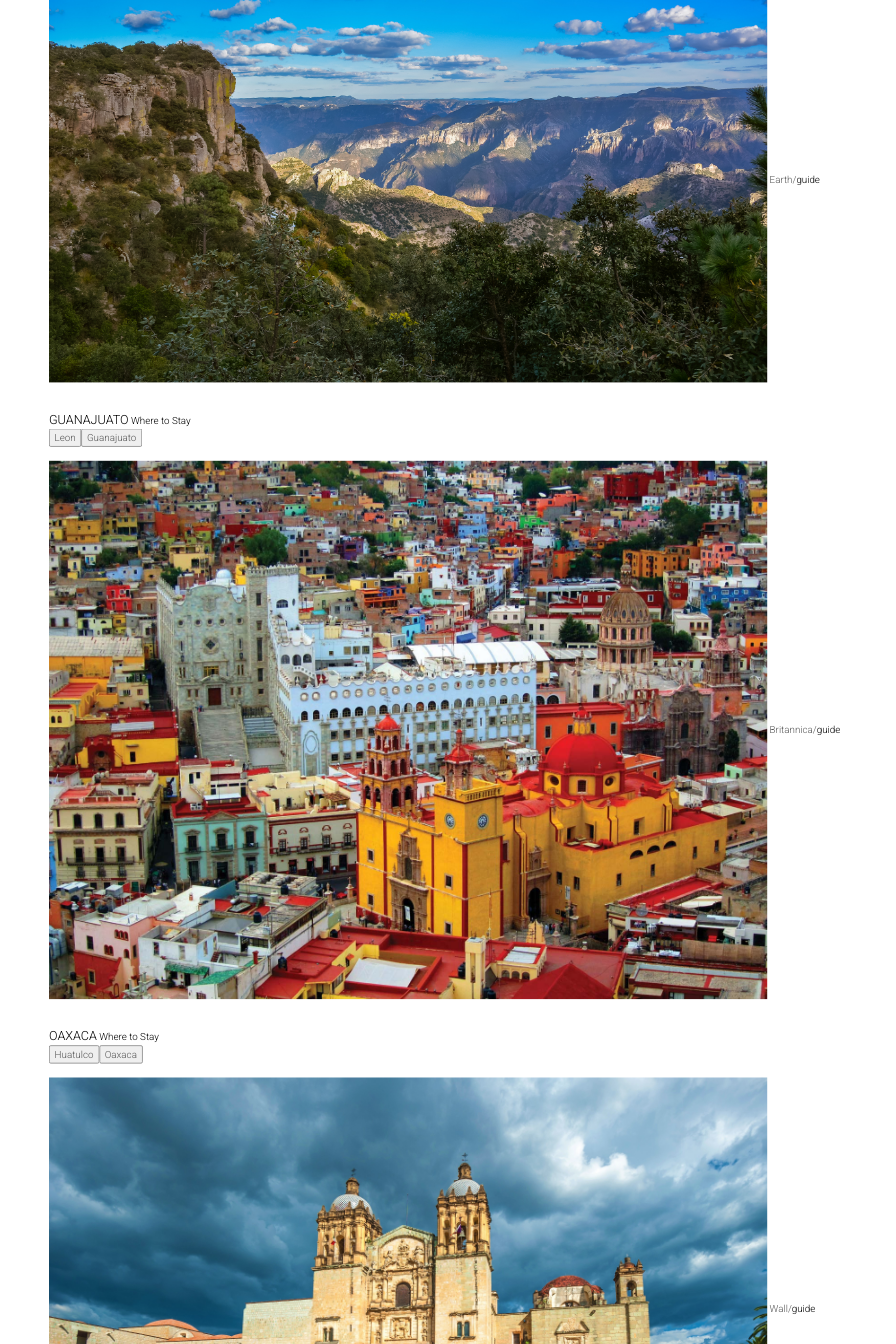
Repository: navegantemx/holiday-destination
Page: destinations.html
The author's editor kept a record of every edit. The page is drawn from the files as they stood at one moment, then again after the next edit.
The browser window is 1280 px wide. The pictures show the part of the page from y = 2576 to 4496 px (the page is 7971 px tall before and 7991 px after), at 70% of full size.
A picture or video elsewhere on the page could not be fetched, so the positions and the page height are approximate. Some web libraries are served in a nearby version.

Above is the page before.

### destinations.html
<!DOCTYPE html>
<html lang="en">
<head>
    <meta charset="UTF-8">
    <meta name="viewport" content="width=device-width, initial-scale=1.0">
    <meta http-equiv="X-UA-Compatible" content="ie=edge">
    <link rel="stylesheet" href="https://maxcdn.bootstrapcdn.com/bootstrap/3.3.7/css/bootstrap.min.css" type="text/css" />
    <link rel="stylesheet" href="https://maxcdn.bootstrapcdn.com/font-awesome/4.7.0/css/font-awesome.min.css" type="text/css" />
    <link rel="stylesheet" href="https://cdnjs.cloudflare.com/ajax/libs/hover.css/2.1.1/css/hover-min.css" type="text/css" />
    <link rel="stylesheet" href="assets/css/style.css" type="text/css" />
    <script src="https://code.jquery.com/jquery-1.11.3.min.js"></script>
    <title>Holiday Destination - Mexico</title>
</head>
<body>
    <header class="container">
        <div class="row">
            <a href="index.html">
                <div class="col-md-4 logo"></div>
            </a>
            <div class="col-md-8">
                <div class="row">
                    <ul id="nav" class="list-inline clearfix">
                        <li class="col-xs-6 col-sm-3 ui-menu-color-home menuitem">
                            <a href="index.html" class="hvr-sweep-to-bottom"><i class="fa fa-home" aria-hidden="true"></i><span>Home</span></a>
                        </li>
                        <li class="col-xs-6 col-sm-3 ui-menu-color-destinations menuitem">
                            <a href="destinations.html" class="hvr-sweep-to-bottom"><i class="fa fa-plane" aria-hidden="true"></i><span>Destinations</span></a>
                        </li>
                        <li class="col-xs-6 col-sm-3 ui-menu-color-charts menuitem">
                            <a href="charts.html" class="hvr-sweep-to-bottom"><i class="fa fa-pie-chart" aria-hidden="true"></i><span>Charts Statistics</span></a>
                        </li>
                        <li class="col-xs-6 col-sm-3 ui-menu-color-contact menuitem">
                            <a href="contact.html" class="hvr-sweep-to-bottom"><i class="fa fa-commenting-o" aria-hidden="true"></i><span>Contact</span></a>
                        </li>
                    </ul>
                </div>
            </div>
        </div>
    </header>
    <br>
    <section class="container">
        <div class="row">
            <div class="col-md-12">
                <h3 class="section-heading uppercase">10 Best Places to Visit in Mexico</h3>
            </div>
        </div>
    </section>
    <br>

        <!------Design idea taken from https://www.touropia.com/best-places-to-visit-in-mexico/ ------------>

    <section class="container">
        <a href="https://en.wikipedia.org/wiki/Puebla_(city)" target="_blank" class="fancybox iframe">PUEBLA</a>
        <a href="//www.touropia.com/checkin?city=Puebla,Mexico" target="_blank" class="fancybox">Where to Stay</a><br>
        <button id="pueblaButton">Cholula</button><span><button id="cholulaButton">Puebla</button></span><br><br>
        <div class="image_640">
            <!--url("../images/mexico.jpg")-->
            <img id="pueblaImage" src= assets/images/puebla_puebla_01.jpg width="90%"><br>
            <span class="photo-credit">By<a href="https://www.kayak.com/Puebla-City.17433.guide" target="_blank">Kayak</a></span>
        </div>
        <br><br>

        <a href="https://en.wikipedia.org/wiki/M%C3%A9rida,_Yucat%C3%A1n" target="_blank" class="fancybox iframe">MERIDA</a>
        <a href="//www.touropia.com/checkin?city=Merida,Mexico" target="_blank" class="fancybox">Where to Stay</a><br>
        <button id="meridaButton">Progreso</button><span><button id="progresoButton">Merida</button></span><br><br>
        <div class="image_640">
            <img id="meridaImage" src= assets/images/yucatan_merida_01.jpg width="90%"><br>
            <span class="photo-credit">CNN/<a href="https://www.cnn.com/travel/article/things-to-do-merida-mexico/index.html" target="_blank">guide</a></span>
        </div>
        <br><br>

        <a href="https://en.wikipedia.org/wiki/Taxco" target="_blank" class="fancybox iframe">TAXCO</a>
        <a href="//www.touropia.com/checkin?city=Taxco,Mexico" target="_blank" class="fancybox">Where to Stay</a><br>
        <button id="taxcoButton">Acapulco</button><span><button id="acapulcoButton">Taxco</button></span><br><br>
        <div class="image_640">
            <img id="taxcoImage" src= assets/images/gro_taxco_01.jpg width="90%"><br>
            <span class="photo-credit">Flickr/<a href="https://www.flickr.com/photos/david-bank/4172340439" target="_blank">guide</a></span>
        </div>
        <br><br>

        <a href="https://en.wikipedia.org/wiki/Copper_Canyon" target="_blank" class="fancybox iframe">COPPER CANYON</a>
        <a href="//www.touropia.com/checkin?city=Chihuahua,Mexico" target="_blank" class="fancybox">Where to Stay</a><br>
        <button id="coppercanyonButton">Chihuahua</button><span><button id="chihuahuaButton">Copper Canyon</button></span><br><br>
        <div class="image_640">
            <img id="coppercanyonImage" src= assets/images/chihuahua_coppercanyon_01.jpg width="90%">
            <span class="photo-credit">Earth/<a href="https://www.earth.com/news/raramuri-people-copper-canyon" target="_blank">guide</a></span>
        </div>
        <br><br>

        <a href="https://en.wikipedia.org/wiki/Guanajuato_City" target="_blank" class="fancybox iframe">GUANAJUATO</a>
        <a href="//www.touropia.com/checkin?city=Guanajuato,Mexico" target="_blank" class="fancybox">Where to Stay</a><br>
        <button id="guanajuatoButton">Leon</button><span><button id="leonButton">Guanajuato</button></span><br><br>
        <div class="image_640">
            <img id="guanajuatoImage" src= assets/images/guanajuato_gto_01.jpg width="90%">
            <span class="photo-credit">Britannica/<a href="https://www.britannica.com/place/Guanajuato-Mexico" target="_blank">guide</a></span>
        </div>
        <br><br>

        <a href="https://en.wikipedia.org/wiki/Oaxaca_City" target="_blank" class="fancybox iframe">OAXACA</a>
        <a href="//www.touropia.com/checkin?city=Oaxaca,Mexico" target="_blank" class="fancybox">Where to Stay</a><br>
        <button id="oaxacaButton">Huatulco</button><span><button id="huatulcoButton">Oaxaca</button></span><br><br>
        <div class="image_640">
            <img id="oaxacaImage" src= assets/images/oaxaca_oaxaca_01.jpg width="90%">
            <span class="photo-credit">Wall/<a href="https://wall.alphacoders.com/big.php?i=946712" target="_blank">guide</a></span>
        </div>
        <br><br>

        <a href="https://en.wikipedia.org/wiki/Mexico_City" target="_blank" class="fancybox iframe">MEXICO CITY</a>
        <a href="//www.touropia.com/checkin?city=Mexico City,Mexico" target="_blank" class="fancybox">Where to Stay</a><br>
        <button id="mxcityButton">Coyoacan</button><span><button id="coyoacanButton">Mexico City</button></span><br><br>
        <div class="image_640">
            <img id="mxcityImage" src= assets/images/mexico_mexico_01.jpg width="90%">
            <span class="photo-credit">Temblor/<a href="https://temblor.net/earthquake-insights/spasm-of-temblors-tests-earthquake-early-warning-for-mexico-city-and-beyond-6410/" target="_blank">guide</a></span>
        </div>
        <br><br>

        <a href="https://en.wikipedia.org/wiki/Teotihuacan" target="_blank" class="fancybox iframe">TEOTIHUACAN</a>
        <a href="//www.touropia.com/checkin?city=San Juan Teotihuacan,Mexico" target="_blank" class="fancybox">Where to Stay</a><br>
        <button id="teotihuacanButton">San Juan</button><span><button id="sanjuanButton">Teotihuacan</button></span><br><br>
        <div class="image_640">
            <img id="teotihuacanImage" src= assets/images/mexico_teotihuacan_01.jpg width="90%">
            <span class="photo-credit">Wikipedia/<a href="https://en.wikipedia.org/wiki/Teotihuac%C3%A1n_Municipality" target="_blank">guide</a></span>
        </div>
        <br><br>

        <a href="https://en.wikipedia.org/wiki/Canc%C3%BAn" target="_blank" class="fancybox iframe">CANCUN</a>
        <a href="//www.touropia.com/checkin?city=Cancun,Mexico" target="_blank" class="fancybox">Where to Stay</a><br>
        <button id="cancunButton">Cozumel</button><span><button id="cozumelButton">Cancun</button></span><br><br>
        <div class="image_640">
            <img id="cancunImage" src= assets/images/quintana_cancun_01.jpg width="90%">
            <span class="photo-credit">iStock</a></span>
        </div>
        <br><br>

        <a href="https://en.wikipedia.org/wiki/Chichen_Itza" target="_blank" class="fancybox iframe">CHICHEN ITZA</a>
        <a href="//www.touropia.com/checkin?city=Chichen Itza,Mexico" target="_blank" class="fancybox">Where to Stay</a><br>
        <button id="chichenButton">Chichen Itza 02</button><span><button id="itzaButton">Chichen Itza</button></span><br><br>
        <div class="image_640">
            <img id="chichenImage" src= assets/images/chichen_itza_01.jpg width="90%">
            <span class="photo-credit">Onthego/<a href="https://www.onthegotours.com/blog/2013/02/exploring-chichen-itza-mexico" target="_blank">guide</a></span>
        </div>
        <br><br>
    </section>
    <footer class="container">
        <div id="footer-details " class="row ">
            <div class="col-sm-4 ">
                <h5 class="uppercase general-sub ">About</h5>
                <ul>
                    <li><a href="https://www.touropia.com/about/">About Touropia</a></li>
                    <li><a href="https://www.touropia.com/contact/">Contact</a></li>
                </ul>
            </div>
            <div class="col-sm-4 ">
                <h5 class="uppercase general-sub ">Let's get Social</h5>
                <ul class="list-inline social-links ">
                    <li><a target="_blank " href="# "><i class="fa fa-facebook "></i></a></li>
                    <li><a target="_blank " href="# "><i class="fa fa-twitter "></i></a></li>
                    <li><a target="_blank " href="# "><i class="fa fa-linkedin "></i></a></li>
                    <li><a target="_blank " href="# "><i class="fa fa-pinterest "></i></a></li>
                    <li><a target="_blank " href="# "><i class="fa fa-instagram "></i></a></li>
                    <li><a target="_blank " href="# "><i class="fa fa-youtube "></i></a></li>
                </ul>
            </div>
        </div>
    </footer>

    <script src="assets/js/destinations.js"></script>

</body>
</html>

### assets/css/style.css
@import url('https://fonts.googleapis.com/css?family=Roboto:100,200,300,400,500,600,700|Exo:100,200,300,400,500,600,700');

/*--------------------------------------------Colors*/

.bg-color-contact {
    background-color: #ffffff;
}

.bg-color-maps {
    background-color: #f4f4f4;
}

.ui-menu-color-home {
    background-color: #e67e22;
}

.ui-menu-color-destinations {
    background-color: #9b59b6;
}

.ui-menu-color-charts {
    background-color: #06991e;
}

.ui-menu-color-contact {
    background-color: #3498db;
}

body {
    font-family: Roboto, sans-serif;
    font-weight: 300;
    background-color: #FFFFFF;
    color: #555555;
}

/*--------------------------------------------Special Paddings/Margins/Text*/

.section-heading {
    text-align: center;
}


h1,
h2,
h3,
h4 {
    margin: 0;
}

.uppercase {
    text-transform: uppercase;
}

.general-sub {
    font-family: "Exo", sans-serif;
    font-weight: 300;
    color: #fafafa;
    margin-left: 60px;

}

/*--------------------------------------------Heading*/

header {
    margin: 0;
}

.heading {
    margin-left: 50px;
}

.row {
    margin-right: -15px;
    margin-left: -15px;
    margin-top: 5px;
}

.logo {
    background: url("../images/mexico.jpg");
    background-position: center;
    background-repeat: no-repeat;
    background-size: cover;
    min-height: 125px;
    transition: all .5s ease-in-out;
    -moz-transition: all .5s ease-in-out;
    -webkit-transition: all .5s ease-in-out;
}

.title {
    font-family: "Roboto", sans-serif;
    font-weight: 200;
    font-size: 28px;
    margin-top: 20px;
    margin-bottom: 90px;
    color: #ffffff;
}

#nav {
    margin: 0;
}

#nav li {
    padding: 0;
}

.menuitem {
    height: 120px;
    text-align: center;
    padding: 0;
}

.menuitem a {
    width: 100%;
    text-decoration: none;
    color: #ffffff;
    height: 120px;
}


.menuitem a i {
    padding-top: 22px;
    display: block;
    color: #fafafa;
    font-size: 26px;
}

.menuitem span {
    display: block;
    width: 100%;
    padding-top: 5px;
    text-align: center;
    text-transform: uppercase;
    font-size: 14px;
    font-weight: 300;
    letter-spacing: 2px;
}


.iframe {
    font-family: "Roboto", sans-serif;
    font-weight: 350;
    font-size: 18px;
    margin-top: 20px;
    margin-bottom: 90px;
    color: #000000;
}


/*--------------------------------------------Hover.css*/

.hvr-sweep-to-bottom:before {
    background: rgba(0, 0, 0, 0.2);
    height: 120px;
}


/*--------------------------------------------Footer*/

footer {
    background-color: #a728e0;
    color: #fafafa;
    min-height: 100px;
    margin: 0;
}

.social-links {
    padding-bottom: 15px;
}

.social-links li a i {
    width: 32px;
    height: 32px;
    padding: 12px 0;
    border-radius: 50%;
    font-size: 13px;
    line-height: 7px;
    text-align: center;
    color: #fafafa;
    background: #8f8f8f;
    transition: all 0.35s ease-in-out;
    -moz-transition: all 0.35s ease-in-out;
    -webkit-transition: all 0.35s ease-in-out;
    -o-transition: all 0.35s ease-in-out;
}

.social-links li a i:hover {
    background: #e84610;
}

a {
    color: #000000;
    text-decoration: none;
}

#footer-details {
    margin: 20px;
}

/*--------------------------------------------Contact*/

.contact-heading {
    font-family: "Exo", sans-serif;
    font-weight: 300;
    margin-top: 25px;
    margin-bottom: 20px;
}


.center-form {
    padding-top: 10px;
    margin: 0 auto;
    max-width: 70%;
}

button[type="submit"] {
    margin-top: 15px;
    margin-bottom: 20px;
    background-color: #e84610;
    color: #fafafa;
}

/*--------------------------------------------Map*/

#map {
    height: 500px;
}

/*--------------------------------------------Media Queries*/

@media(min-width: 992px) {
    .section-column {
        float: none;
        display: table-cell;
    }

    .center-form {
        padding-top: 30px;
        min-height: 240px;
        margin: 0 auto;
        max-width: 50%;
    }
}

### assets/js/destinations.js

$(document).ready(function() {
    $("#pueblaButton").click(function() {
        $("#pueblaImage").attr("src", "assets/images/puebla_cholula_01.jpg");
    });

    $("#cholulaButton").click(function() {
        $("#pueblaImage").attr("src", "assets/images/puebla_puebla_01.jpg");
    });

    $("#meridaButton").click(function() {
        $("#meridaImage").attr("src", "assets/images/yucatan_progreso_01.jpg");
    });

    $("#progresoButton").click(function() {
        $("#meridaImage").attr("src", "assets/images/yucatan_merida_01.jpg");
    });

    $("#taxcoButton").click(function() {
        $("#taxcoImage").attr("src", "assets/images/gro_acapulco_01.jpg");
    });

    $("#acapulcoButton").click(function() {
        $("#taxcoImage").attr("src", "assets/images/gro_taxco_01.jpg");
    });

    $("#coppercanyonButton").click(function() {
        $("#coppercanyonImage").attr("src", "assets/images/chihuahua_chihuahua_01.jpg");
    });

    $("#chihuahuaButton").click(function() {
        $("#coppercanyonImage").attr("src", "assets/images/chihuahua_coppercanyon_01.jpg");
    });

    $("#guanajuatoButton").click(function() {
        $("#guanajuatoImage").attr("src", "assets/images/guanajuato_leon_01.jpg");
    });

    $("#leonButton").click(function() {
        $("#guanajuatoImage").attr("src", "assets/images/guanajuato_gto_01.jpg");
    });

    $("#oaxacaButton").click(function() {
        $("#oaxacaImage").attr("src", "assets/images/oaxaca_huatulco_01.jpg");
    });

    $("#huatulcoButton").click(function() {
        $("#oaxacaImage").attr("src", "assets/images/oaxaca_oaxaca_01.jpg");
    });

    $("#mxcityButton").click(function() {
        $("#mxcityImage").attr("src", "assets/images/mexico_coyoacan_01.jpg");
    });

    $("#coyoacanButton").click(function() {
        $("#mxcityImage").attr("src", "assets/images/mexico_mexico_01.jpg");
    });

    $("#teotihuacanButton").click(function() {
        $("#teotihuacanImage").attr("src", "assets/images/mexico_sanjuan_01.jpg");
    });

    $("#sanjuanButton").click(function() {
        $("#teotihuacanImage").attr("src", "assets/images/mexico_teotihuacan_01.jpg");
    });

    $("#cancunButton").click(function() {
        $("#cancunImage").attr("src", "assets/images/quintana_cozumel_01.jpg");
    });

    $("#cozumelButton").click(function() {
        $("#cancunImage").attr("src", "assets/images/quintana_cancun_01.jpg");
    });

    $("#chichenButton").click(function() {
        $("#chichenImage").attr("src", "assets/images/chichen_itza_02.jpg");
    });

    $("#itzaButton").click(function() {
        $("#chichenImage").attr("src", "assets/images/chichen_itza_01.jpg");
    });
});

After the next edit:
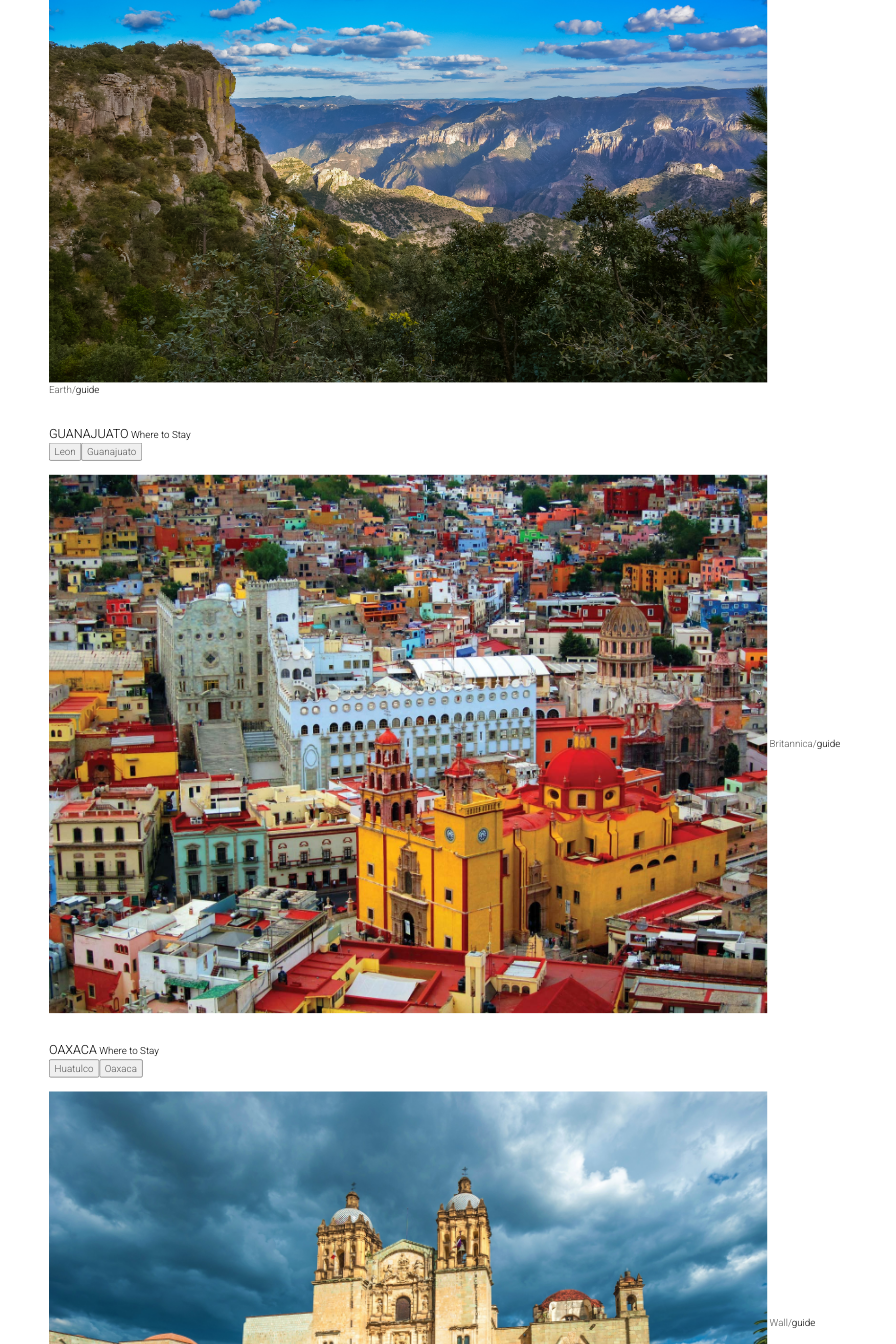
The edit:
--- a/destinations.html
+++ b/destinations.html
@@ -82,7 +82,7 @@
         <a href="//www.touropia.com/checkin?city=Chihuahua,Mexico" target="_blank" class="fancybox">Where to Stay</a><br>
         <button id="coppercanyonButton">Chihuahua</button><span><button id="chihuahuaButton">Copper Canyon</button></span><br><br>
         <div class="image_640">
-            <img id="coppercanyonImage" src= assets/images/chihuahua_coppercanyon_01.jpg width="90%">
+            <img id="coppercanyonImage" src= assets/images/chihuahua_coppercanyon_01.jpg width="90%"><br>
             <span class="photo-credit">Earth/<a href="https://www.earth.com/news/raramuri-people-copper-canyon" target="_blank">guide</a></span>
         </div>
         <br><br>
